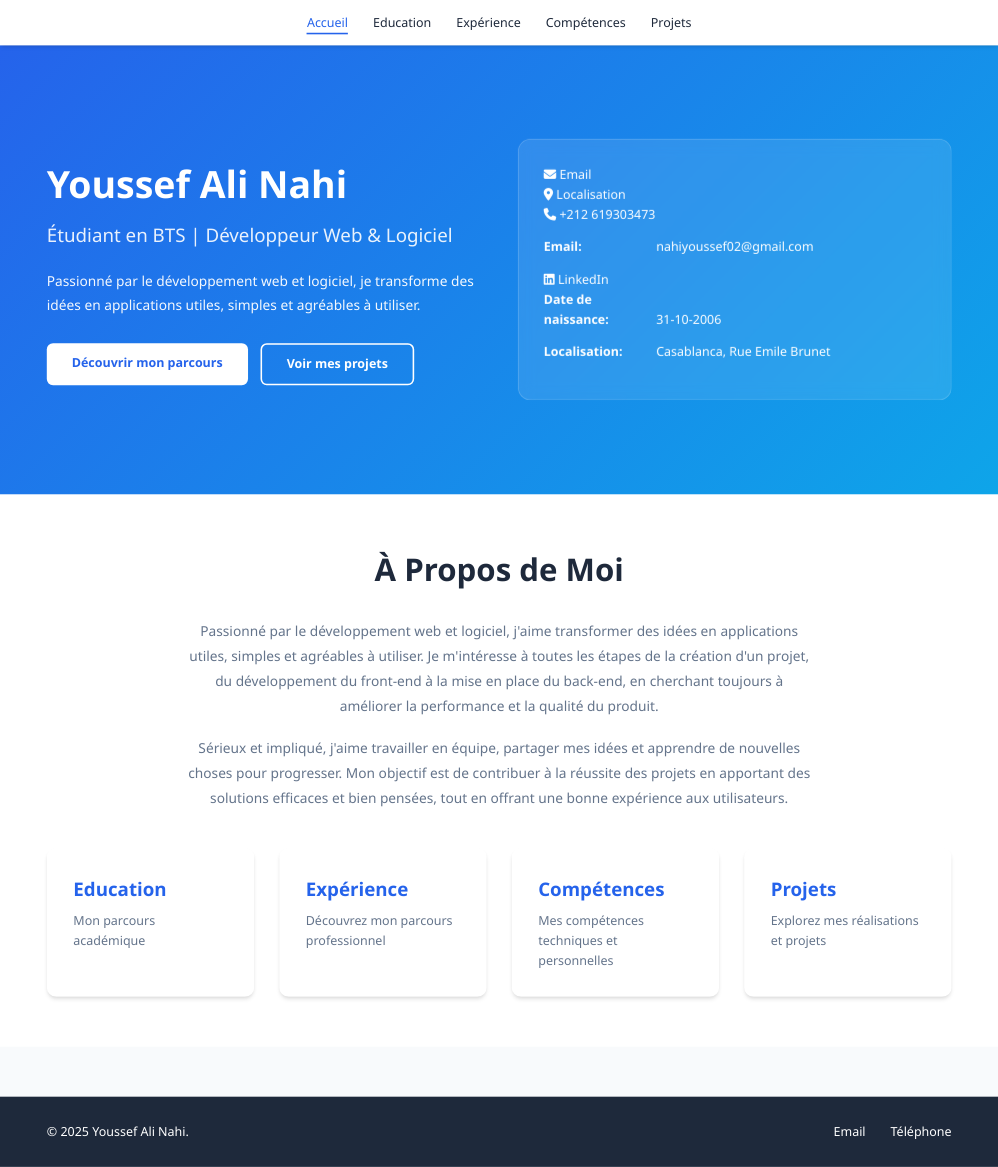
Repository: Youssef-Nahi504/My_Portfolio
Page: index.html
The author's editor kept a copy of each file at every save. The page is drawn from the files as they stood at one save, then again after a run of saves.
The browser window is 1280 px wide. The pictures show the whole page, at 78% of full size.

Above is the page before, as saved 2025-12-21 13:24:26.

After the next 2 saves:
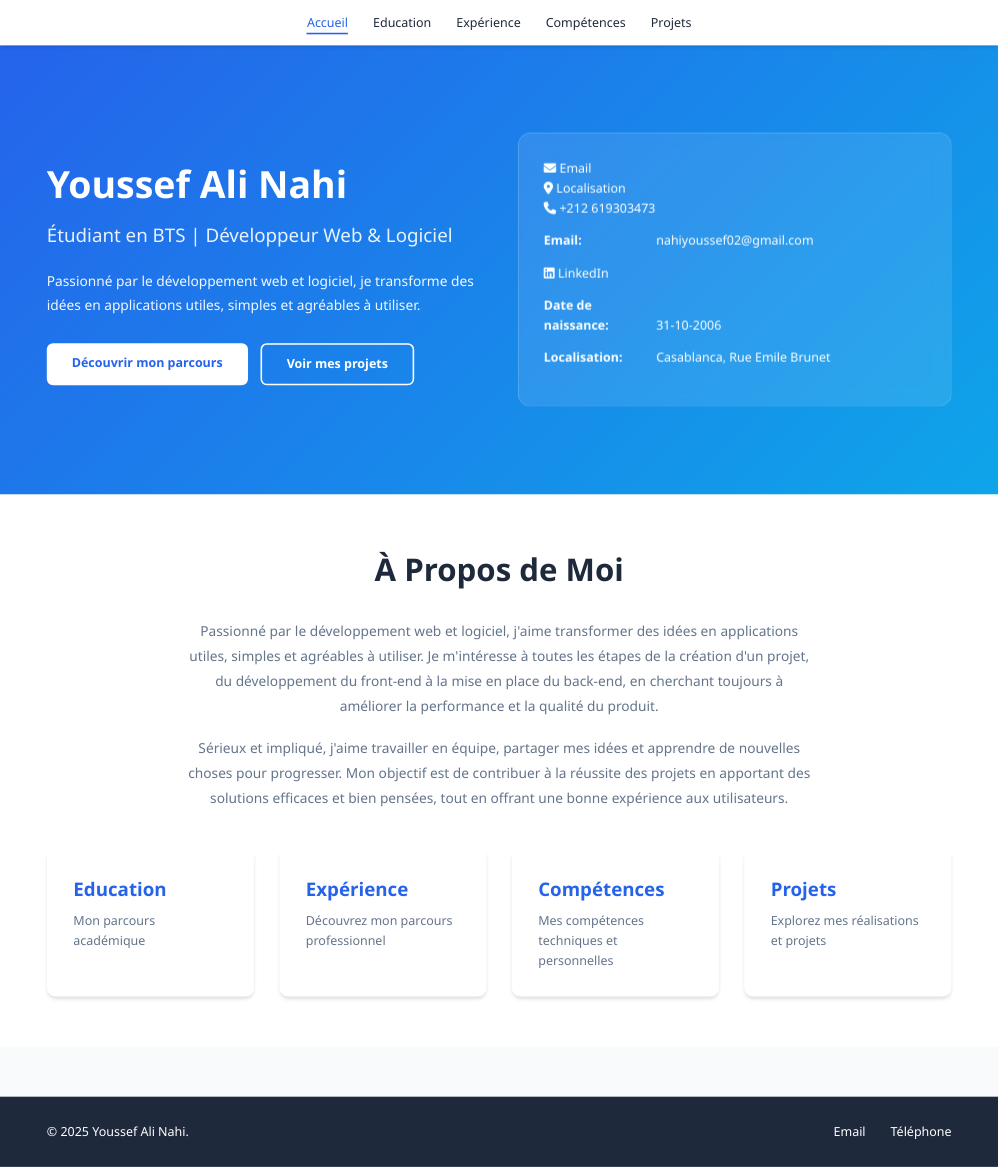
The 2 saves are shown as one change because they came seconds apart.
The last was saved 6 s later.
--- a/index.html
+++ b/index.html
@@ -43,7 +43,7 @@
                             <i class="fa-solid fa-location-dot"></i> Localisation
                             <p><i class="fa-solid fa-phone"></i> +212 619303473</p>
                             <p><strong>Email:</strong> nahiyoussef02@gmail.com</p>
-                            <p></p><i class="fa-brands fa-linkedin"></i> LinkedIn<br>
+                            <p><i class="fa-brands fa-linkedin"></i> LinkedIn<br></p>
                             <p><strong>Date de naissance:</strong> 31-10-2006</p>
                             <p><strong>Localisation:</strong> Casablanca, Rue Emile Brunet</p>
                         </div>
